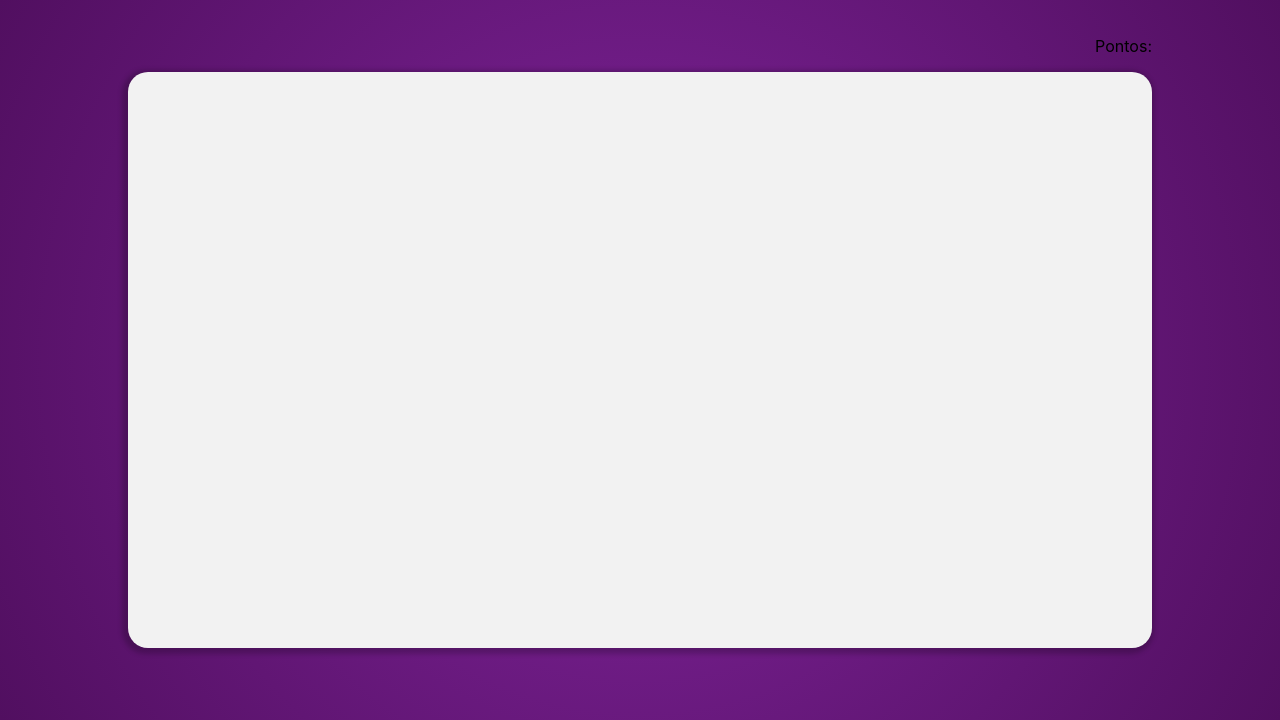
Repository: gabrielejandres/bd-final-project
Page: /play (app in frontend/)
An editor plug-in stored every save of this project. The page is shown before and after the next save, followed by the edit.
The browser window is 1280 px wide. The pictures show the whole page.
The project was rebuilt for these pictures with package versions that can differ from the ones it lists, and the page was loaded fresh each time. Also part of the build but not shown: frontend/src/App.css, frontend/src/components/Button/index.jsx, frontend/src/components/Logo/style.css, frontend/src/components/Logo/index.jsx, frontend/src/components/Footer/Login/index.jsx, frontend/src/pages/Login/index.jsx, frontend/src/components/Footer/Home/style.css, frontend/src/components/Footer/Home/index.jsx and 1 more.

Above is the page before, as saved 2022-03-05 21:26:22.

After the next save:
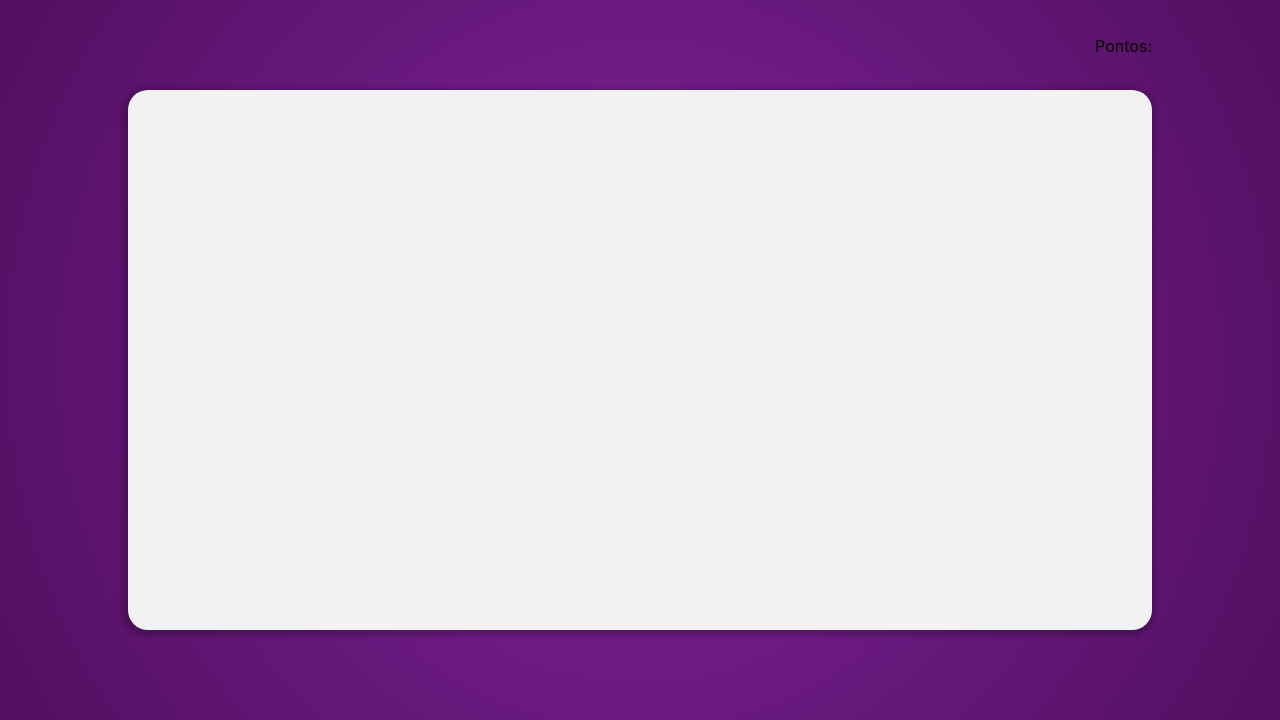
Saved 25 s later.
--- a/frontend/src/pages/Play/style.css
+++ b/frontend/src/pages/Play/style.css
@@ -1,6 +1,6 @@
 .game-container{
   width: 80vw;
-  height: 80vh;
+  height: 75vh;
   display: flex;
   align-items: center;
   justify-content: center;
